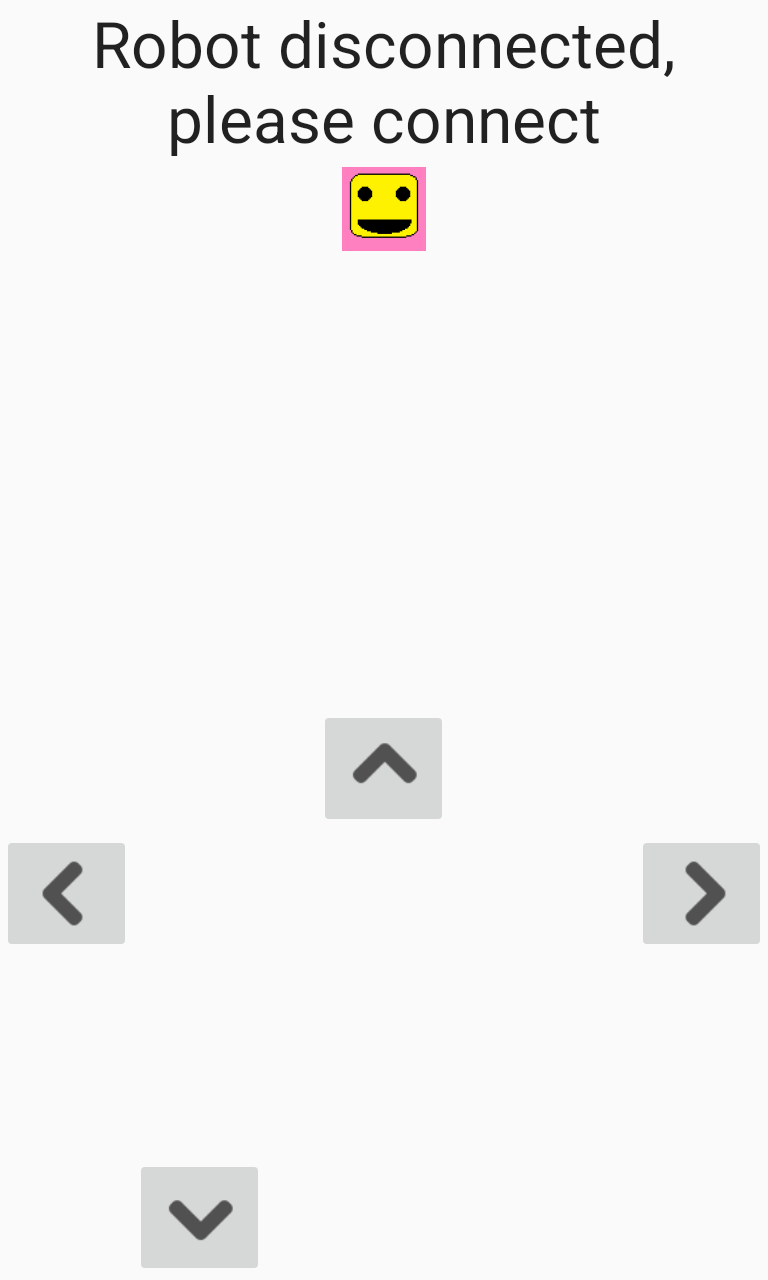
Repository: cjsatuforc/Bobina
Layout: source/android/Bobina/res/layout/main_layout.xml
The author's editor kept a copy of each file at every save. The layout is drawn from the files as they stood at one save, then again after the next save.
It is drawn on a 768 x 1280 px phone screen (xhdpi) without system bars, with theme AppTheme; the app's code is not run.

Above is the layout before, as saved 2015-04-25 23:51:38.

### source/android/Bobina/res/layout/main_layout.xml
<?xml version="1.0" encoding="utf-8"?>
<RelativeLayout xmlns:android="http://schemas.android.com/apk/res/android"
    android:layout_width="match_parent"
    android:layout_height="match_parent" >

    <TextView
        android:id="@+id/main_title"
        style="@style/AppTitle"
        android:layout_width="wrap_content"
        android:layout_height="wrap_content"

        android:text="@string/main_title_disconnected" />

    <ImageView
        android:id="@+id/imageView1"
        android:layout_width="wrap_content"
        android:layout_height="wrap_content"
        android:layout_alignParentLeft="true"
        android:layout_alignParentRight="true"
        android:layout_below="@+id/main_title"
        android:src="@drawable/ic_launcher" />

    <include
        android:layout_width="wrap_content"
        android:layout_height="wrap_content"
        android:layout_alignParentBottom="true"
        android:layout_alignParentLeft="true"
        android:layout_below="@+id/imageView1"
        layout="@layout/control" />

</RelativeLayout>

### source/android/Bobina/res/values-v11/styles.xml
<resources xmlns:android="http://schemas.android.com/apk/res/android">

    <!--
        Base application theme for API 11+. This theme completely replaces
        AppBaseTheme from res/values/styles.xml on API 11+ devices.
    -->
    <style name="AppBaseTheme" parent="Theme.AppCompat.Light">
        <!-- API 11 theme customizations can go here. -->
    </style>

    <!-- Titles of project -->
    <style name="AppTitle" parent="AppBaseTheme">
        <item name="android:textSize">32sp</item>
        <item name="android:gravity">center</item>
    </style>

</resources>

### source/android/Bobina/res/values/strings.xml
<?xml version="1.0" encoding="utf-8"?>
<resources>

    <string name="app_name">Bobina</string>
    <string name="hello_world">Hello world!</string>
    <string name="action_settings">Settings</string>
    <string name="main_title_disconnected">Robot disconnected, please connect</string>

</resources>

### source/android/Bobina/res/layout/control.xml
<?xml version="1.0" encoding="utf-8"?>
<RelativeLayout xmlns:android="http://schemas.android.com/apk/res/android"
    android:layout_width="match_parent"
    android:layout_height="match_parent"
    android:orientation="vertical" >

    <ImageButton
        android:id="@+id/imageButton2"
        android:layout_width="wrap_content"
        android:layout_height="wrap_content"
        android:layout_alignParentBottom="true"
        android:layout_toRightOf="@+id/imageButton3"
        android:src="@drawable/back" />

    <ImageButton
        android:id="@+id/imageButton3"
        android:layout_width="wrap_content"
        android:layout_height="wrap_content"
        android:layout_alignParentLeft="true"
        android:layout_below="@+id/imageButton1"
        android:src="@drawable/left" />

    <ImageButton
        android:id="@+id/ImageButton01"
        android:layout_width="wrap_content"
        android:layout_height="wrap_content"
        android:layout_above="@+id/imageButton3"
        android:visibility="invisible"
        android:layout_toLeftOf="@+id/imageButton1"
        android:src="@drawable/left" />

    <ImageButton
        android:id="@+id/ImageButton02"
        android:layout_width="wrap_content"
        android:layout_height="wrap_content"
        android:layout_alignParentLeft="true"
        android:layout_below="@+id/imageButton4"
        android:visibility="invisible"
        android:src="@drawable/left" />

    <ImageButton
        android:id="@+id/ImageButton03"
        android:layout_width="wrap_content"
        android:layout_height="wrap_content"
        android:layout_above="@+id/imageButton3"
        android:visibility="invisible"
        android:layout_alignParentRight="true"
        android:src="@drawable/right" />

    <ImageButton
        android:id="@+id/imageButton1"
        android:layout_width="wrap_content"
        android:layout_height="wrap_content"
        android:layout_centerHorizontal="true"
        android:layout_centerVertical="true"
        android:src="@drawable/up" />

    <ImageButton
        android:id="@+id/ImageButton04"
        android:layout_width="wrap_content"
        android:layout_height="wrap_content"
        android:layout_alignParentBottom="true"
        android:layout_alignParentRight="true"
        android:visibility="invisible"
        android:src="@drawable/right" />

    <ImageButton
        android:id="@+id/ImageButton05"
        android:layout_width="wrap_content"
        android:layout_height="wrap_content"
        android:layout_alignLeft="@+id/imageButton2"
        android:visibility="invisible"
        android:layout_alignTop="@+id/imageButton3"
        android:src="@drawable/back" />

    <ImageButton
        android:id="@+id/imageButton4"
        android:layout_width="wrap_content"
        android:layout_height="wrap_content"
        android:layout_alignParentRight="true"
        android:layout_alignTop="@+id/ImageButton05"
        android:src="@drawable/right" />

</RelativeLayout>

Loaded but not shown: source/android/Bobina/res/values/styles.xml (common file); source/android/Bobina/res/values-v14/styles.xml (common file)

After the next save:
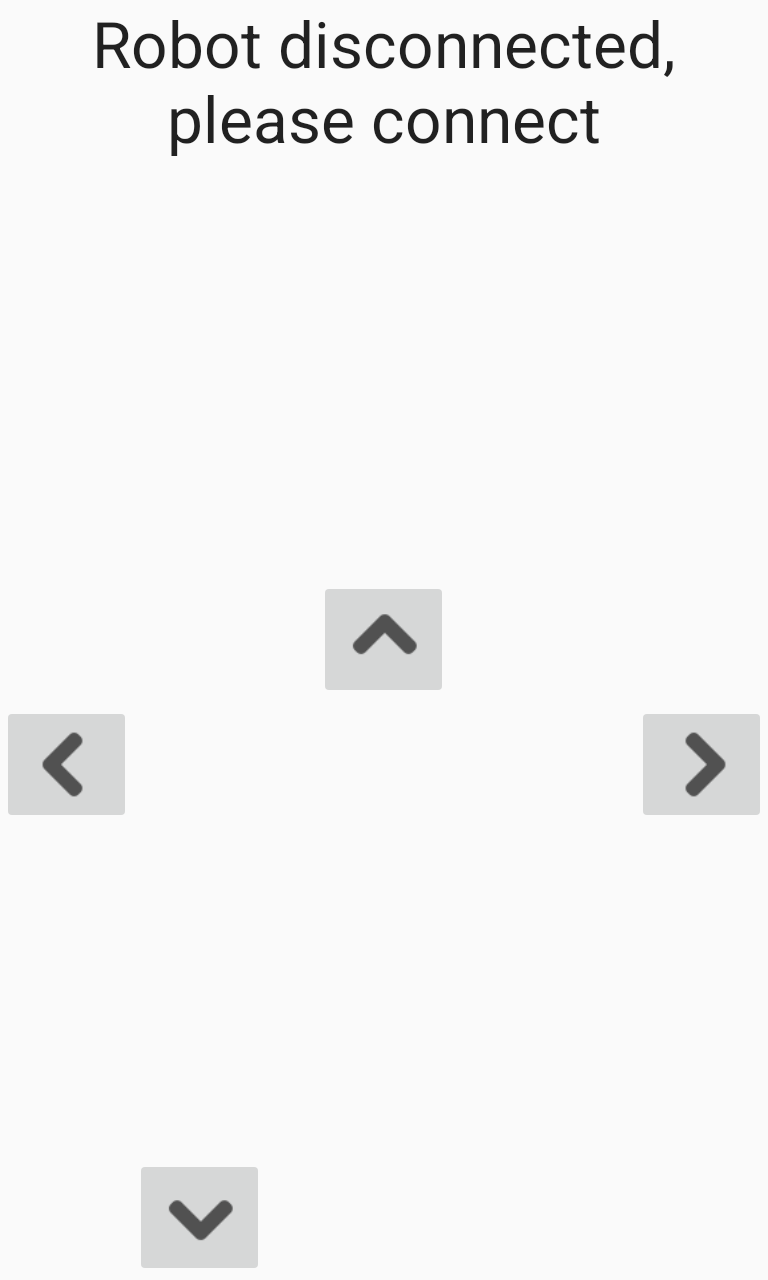
Saved 78 s later.
--- a/source/android/Bobina/res/layout/main_layout.xml
+++ b/source/android/Bobina/res/layout/main_layout.xml
@@ -11,21 +11,12 @@
 
         android:text="@string/main_title_disconnected" />
 
-    <ImageView
-        android:id="@+id/imageView1"
-        android:layout_width="wrap_content"
-        android:layout_height="wrap_content"
-        android:layout_alignParentLeft="true"
-        android:layout_alignParentRight="true"
-        android:layout_below="@+id/main_title"
-        android:src="@drawable/ic_launcher" />
-
     <include
         android:layout_width="wrap_content"
         android:layout_height="wrap_content"
         android:layout_alignParentBottom="true"
         android:layout_alignParentLeft="true"
-        android:layout_below="@+id/imageView1"
+        android:layout_alignParentTop="true"
         layout="@layout/control" />
 
 </RelativeLayout>
